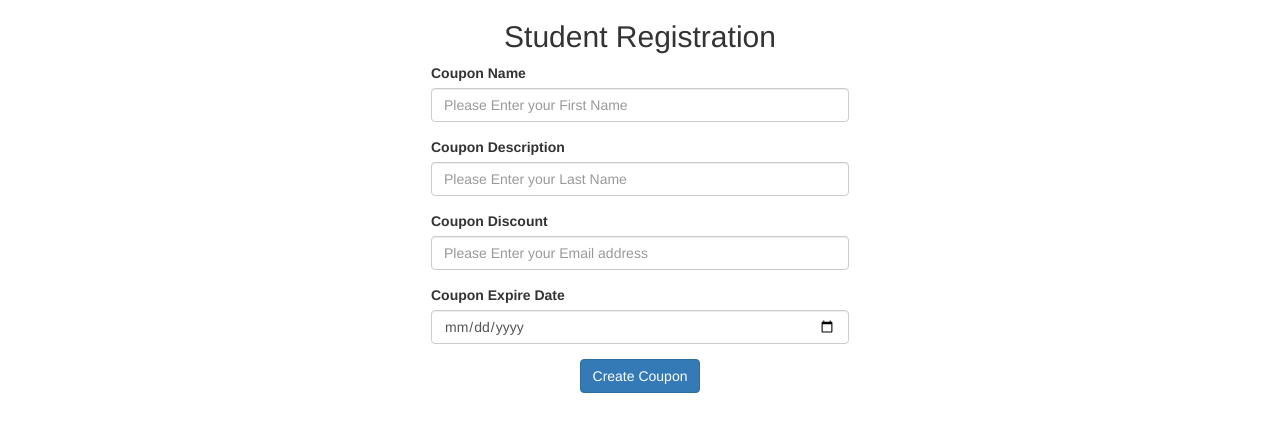
Repository: krutishilp/Sample
Page: http://localhost/couponandproductproject/createCoupon.jsp
The author's editor kept a copy of each file at every save. The page is drawn from the files as they stood at one save, then again after the next save.
The browser window is 1280 px wide. The pictures show the whole page.
The page is served by Tomcat 9.

Above is the page before, as saved 2020-09-04 06:11:50.

After the next save:
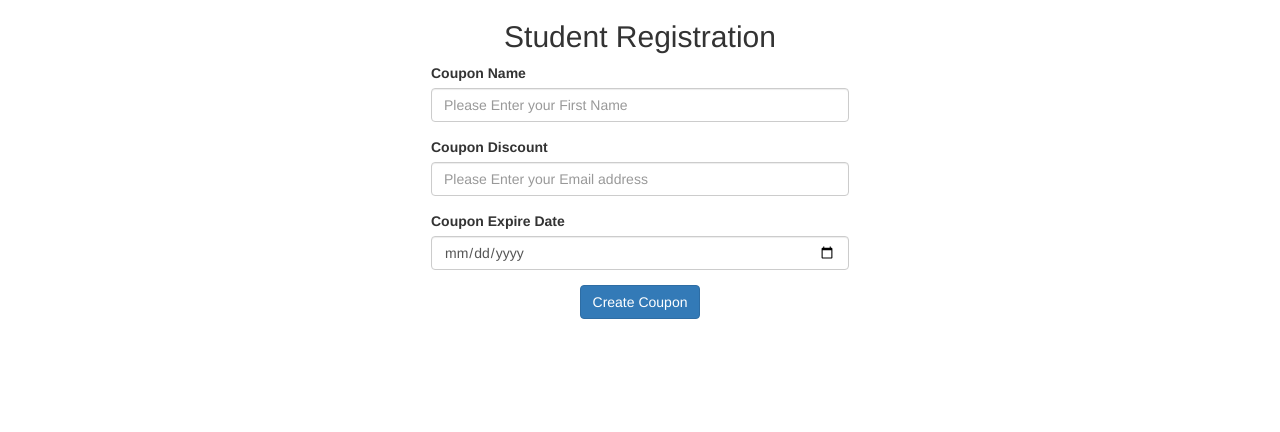
Saved 54 s later.
--- a/JAVA-Eclipse-workspace/couponandproductproject/src/main/webapp/createCoupon.jsp
+++ b/JAVA-Eclipse-workspace/couponandproductproject/src/main/webapp/createCoupon.jsp
@@ -27,11 +27,7 @@
 					placeholder="Please Enter your First Name">
 			</div>
 
-			<div class="form-group">
-				<label for="cdescription">Coupon Description</label> <input type="text"
-					class="form-control" name="couponDescription" id="cdescription" required
-					placeholder="Please Enter your Last Name">
-			</div>
+
 
 			<div class="form-group">
 				<label for="coupondiscount">Coupon Discount</label> <input type="number"
